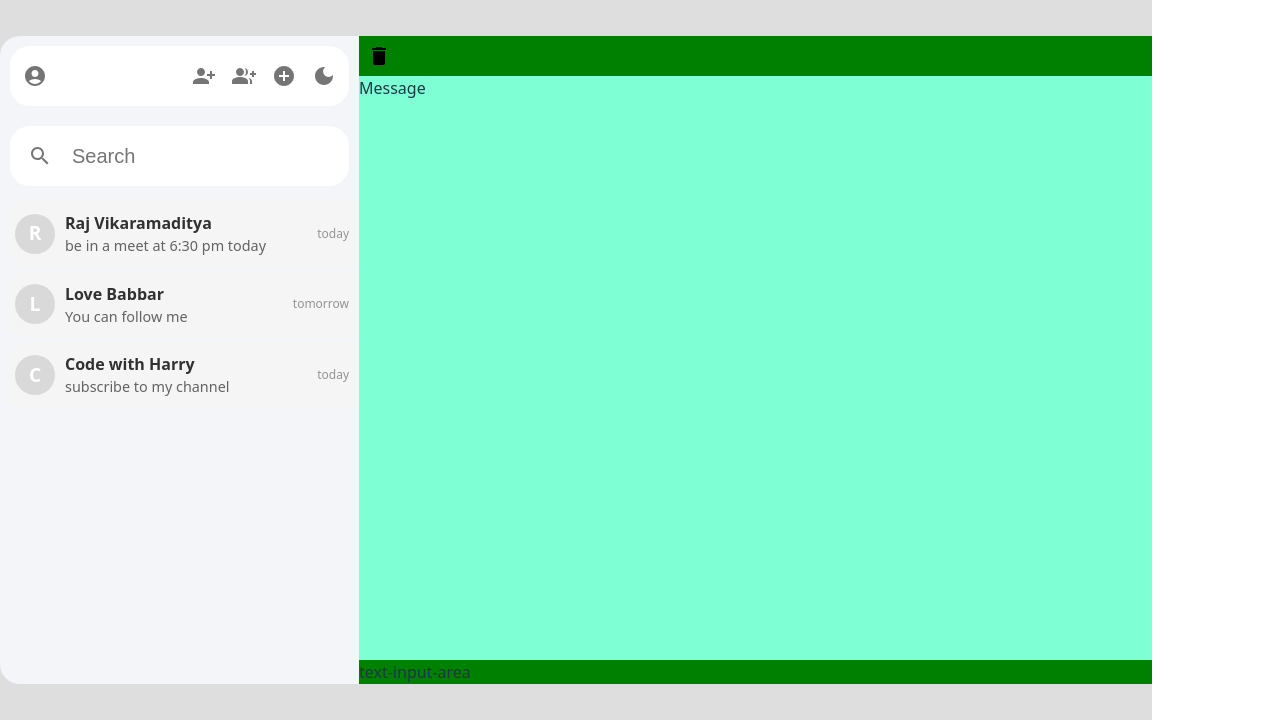
Repository: rahul-chakradhari/chat_app
Page: /
An editor plug-in stored every save of this project. The page is shown before and after the next save, followed by the edit.
The browser window is 1280 px wide. The pictures show the whole page.
The project was rebuilt for these pictures with package versions that can differ from the ones it lists, and the page was loaded fresh each time. Also part of the build but not shown: vite.config.js.

Above is the page before, as saved 2025-02-28 11:20:05.

After the next save:
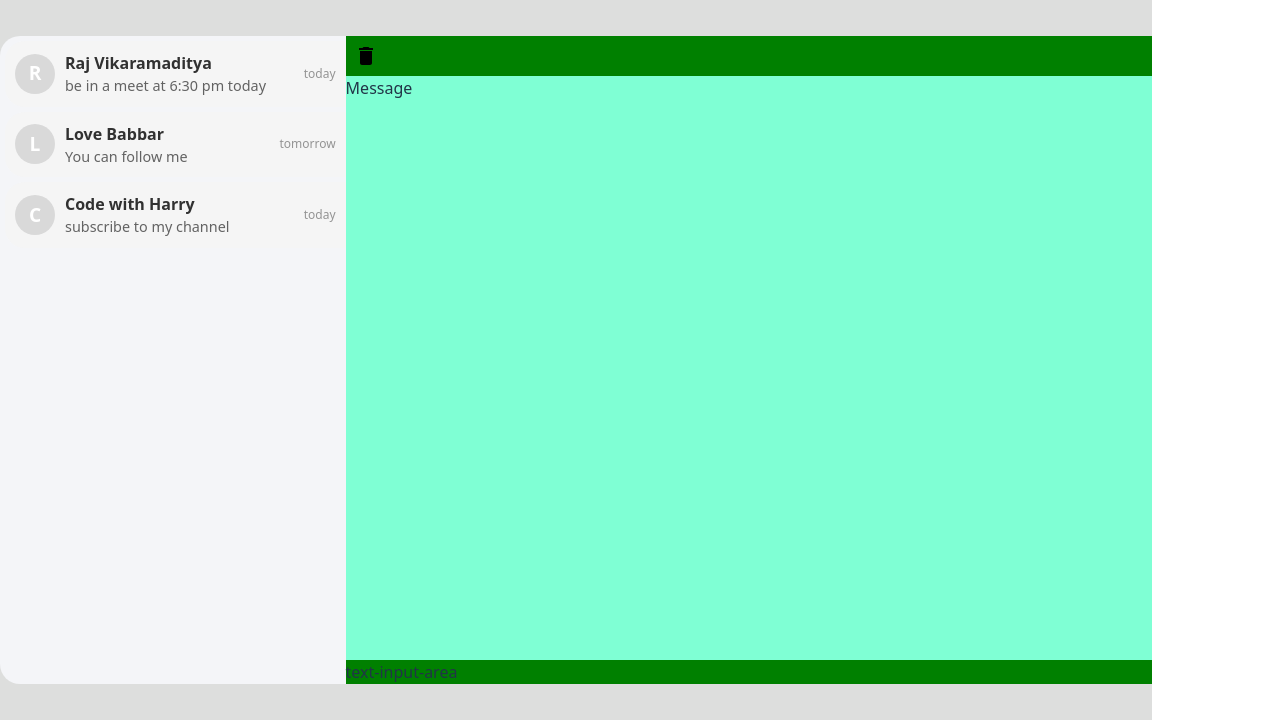
Saved 56 min 53 s later.
--- a/src/components/Sidebar.jsx
+++ b/src/components/Sidebar.jsx
@@ -1,15 +1,8 @@
 import { useState } from "react";
-import AccountCircleIcon from "@mui/icons-material/AccountCircle";
-import PersonAddAlt1Icon from "@mui/icons-material/PersonAddAlt1";
-import GroupAddIcon from "@mui/icons-material/GroupAdd";
-import AddCircleIcon from "@mui/icons-material/AddCircle";
-import DarkModeIcon from "@mui/icons-material/DarkMode";
-import SearchIcon from "@mui/icons-material/Search";
 import Conversationitem from "./Conversationitem";
 import "./Mystyles.css";
-import { IconButton } from "@mui/material";
 
-const Sidebar = () => {
+const Sidebar = ({ setSelectedChat }) => {
   const [conversations, setConversations] = useState([
     {
       id: 1,
@@ -33,38 +26,14 @@ const Sidebar = () => {
 
   return (
     <div className="side">
-      <div className="headers">
-        <div>
-          <IconButton>
-            <AccountCircleIcon />
-          </IconButton>
-        </div>
-        <div>
-          <IconButton>
-            <PersonAddAlt1Icon />
-          </IconButton>
-          <IconButton>
-            <GroupAddIcon />
-          </IconButton>
-          <IconButton>
-            <AddCircleIcon />
-          </IconButton>
-          <IconButton>
-            <DarkModeIcon />
-          </IconButton>
-        </div>
-      </div>
-
-      <div className="search">
-        <IconButton>
-          <SearchIcon />
-        </IconButton>
-        <input placeholder="Search" className="box" />
-      </div>
-
       <div className="conversation">
         {conversations.map((conversation) => (
-          <Conversationitem key={conversation.id} {...conversation} />
+          <div
+            key={conversation.id}
+            onClick={() => setSelectedChat(conversation)}
+          >
+            <Conversationitem {...conversation} />
+          </div>
         ))}
       </div>
     </div>
